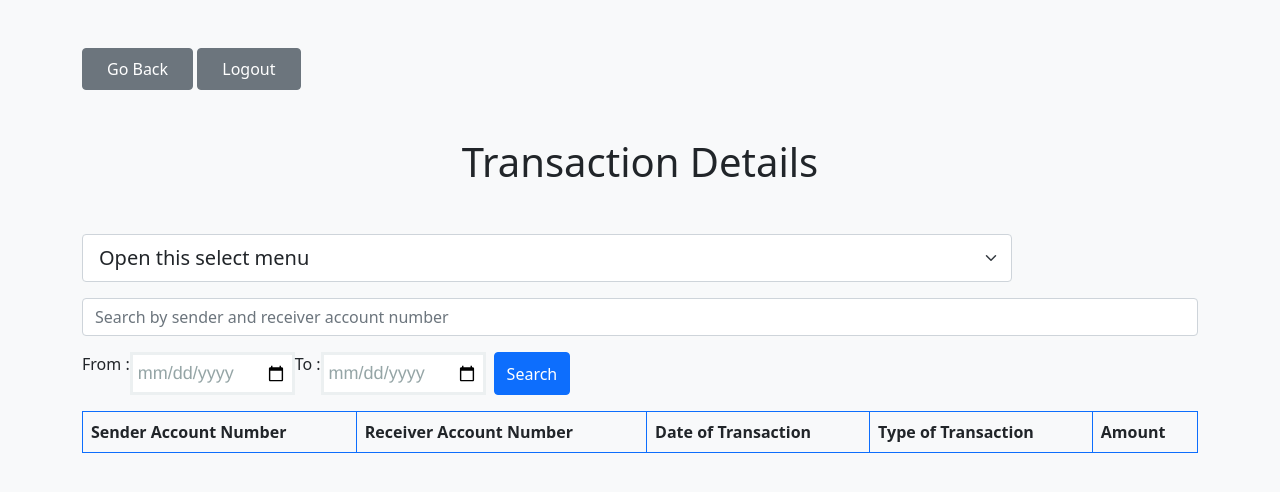
Repository: valletivarish/monojsp
Page: http://localhost/11-bank-application/view-transactions.jsp
The author's editor kept a copy of each file at every save. The page is drawn from the files as they stood at one save, then again after the next save.
The browser window is 1280 px wide. The pictures show the whole page.
The page is served by Tomcat 9. Other server files are loaded and not shown. The template is opened directly, without the code that normally fills it, so the values that code supplies are empty.

Above is the page before, as saved 2024-07-22 13:24:58.

### 11-bank-application/WebContent/view-transactions.jsp
<%@ page language="java" contentType="text/html; charset=UTF-8"
	pageEncoding="UTF-8"%>
<%@ taglib uri="http://java.sun.com/jsp/jstl/core" prefix="c"%>

<!DOCTYPE html>
<html lang="en">
<head>
<meta charset="UTF-8" />
<meta name="viewport" content="width=device-width, initial-scale=1.0" />
<title>View Transactions</title>
<link
	href="https://cdnjs.cloudflare.com/ajax/libs/font-awesome/6.6.0/css/all.min.css" />
<link
	href="https://cdn.jsdelivr.net/npm/bootstrap@5.0.2/dist/css/bootstrap.min.css"
	rel="stylesheet"
	integrity="sha384-EVSTQN3/azprG1Anm3QDgpJLIm9Nao0Yz1ztcQTwFspd3yD65VohhpuuCOmLASjC"
	crossorigin="anonymous" />
<script
	src="https://cdn.jsdelivr.net/npm/bootstrap@5.0.2/dist/js/bootstrap.bundle.min.js"
	integrity="sha384-MrcW6ZMFYlzcLA8Nl+NtUVF0sA7MsXsP1UyJoMp4YLEuNSfAP+JcXn/tWtIaxVXM"
	crossorigin="anonymous"></script>
<style>
/* Removes the clear button from date inputs */
input[type="date"]::-webkit-clear-button {
	display: none;
}

/* Removes the spin button */
input[type="date"]::-webkit-inner-spin-button {
	display: none;
}

/* Always display the drop down caret */
input[type="date"]::-webkit-calendar-picker-indicator {
	color: #2c3e50;
}

/* A few custom styles for date inputs */
input[type="date"] {
	appearance: none;
	-webkit-appearance: none;
	color: #95a5a6;
	font-family: "Helvetica", arial, sans-serif;
	font-size: 18px;
	border: 3px solid #ecf0f1;
	background: #ffffff;
	padding: 5px;
	display: inline-block !important;
	visibility: visible !important;
}

input[type="date"], focus {
	color: #95a5a6;
	box-shadow: none;
	-webkit-box-shadow: none;
	-moz-box-shadow: none;
}
</style>
</head>
<body class="bg-light">
	<div class="container-lg my-5">
		<a class="btn btn-secondary p-2 px-4" href="admin?command=admin">Go
			Back</a> <a class="btn btn-secondary p-2 px-4" aria-current="page"
			href="logout">Logout</a>
		<h1 class="text-center my-5">Transaction Details</h1>
		<form action="admin" method="get">
			<div class="col-sm-10">
				<input type="hidden" name="command" value="viewTransactions" /> <select
					class="form-select form-select-lg mb-3"
					aria-label=".form-select-lg example" name="select">
					<option selected>Open this select menu</option>
					<option value="senderAccountNumber">Sender Account Number</option>
					<option value="receiverAccountNumber">Receiver Account
						Number</option>
				</select>

			</div>
			<div class="d-flex my-3">
				<input type="text" class="form-control" name="searchValue"
					placeholder="Search by sender and receiver account number" />
			</div>
			<div class="d-flex my-3">
				<label class="label" for="from">From : </label> <input
					type="date" id="from" name="from">
				<label class="label" for="To">To : </label> <input
					type="date" id="to" name="to">

					<input type="submit"
					class="btn btn-primary mx-2" value="Search" />
			</div>
		</form>

		<table class="table table-hover table-bordered border-primary">
			<thead>
				<tr>
					<th>Sender Account Number</th>
					<th>Receiver Account Number</th>
					<th>Date of Transaction</th>
					<th>Type of Transaction</th>
					<th>Amount</th>
				</tr>
			</thead>
			<tbody>
				<c:forEach var="transaction" items="${TheTransactions}">
					<tr>
						<td>${transaction.sender_account_number}</td>
						<td>${transaction.receiver_account_number}</td>
						<td>${transaction.date_of_transaction}</td>
						<td>${transaction.transaction_type}</td>
						<td>${transaction.transaction_amount}</td>
					</tr>
				</c:forEach>
			</tbody>
		</table>
	</div>
</body>
</html>

After the next save:
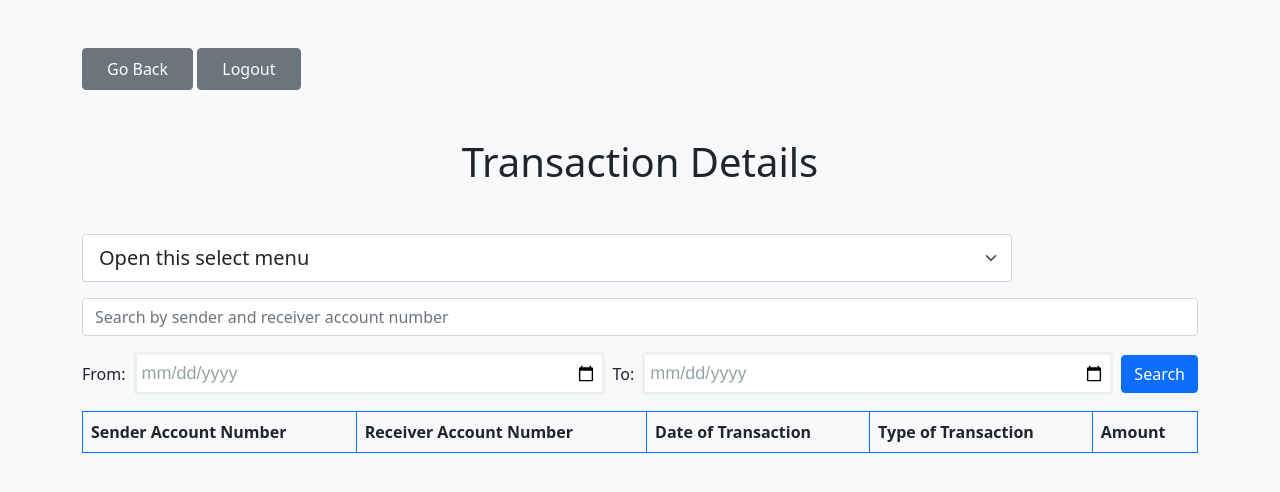
Saved 49 s later.
--- a/11-bank-application/WebContent/view-transactions.jsp
+++ b/11-bank-application/WebContent/view-transactions.jsp
@@ -79,15 +79,15 @@ input[type="date"], focus {
 				<input type="text" class="form-control" name="searchValue"
 					placeholder="Search by sender and receiver account number" />
 			</div>
-			<div class="d-flex my-3">
-				<label class="label" for="from">From : </label> <input
-					type="date" id="from" name="from">
-				<label class="label" for="To">To : </label> <input
-					type="date" id="to" name="to">
+			<div class="d-flex my-3 align-items-center">
+				<label class="label me-2" for="from">From:</label> <input
+					type="date" id="from" name="from" class="form-control me-2">
 
-					<input type="submit"
-					class="btn btn-primary mx-2" value="Search" />
+				<label class="label me-2" for="to">To:</label> <input type="date"
+					id="to" name="to" class="form-control me-2"> <input
+					type="submit" class="btn btn-primary" value="Search">
 			</div>
+
 		</form>
 
 		<table class="table table-hover table-bordered border-primary">
